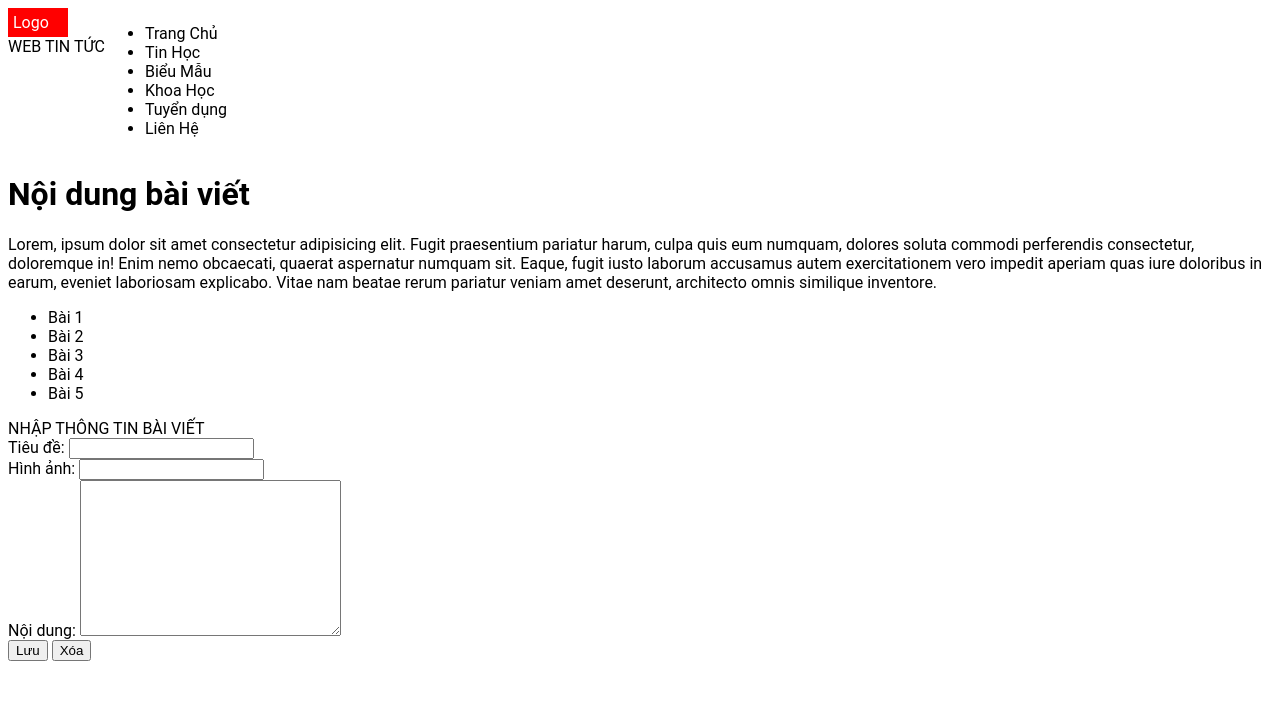
Repository: AnhDuc0125/HTML-Aptech
Page: bt2217/index.html
The author's editor kept a copy of each file at every save. The page is drawn from the files as they stood at one save, then again after the next save.
The browser window is 1280 px wide. The pictures show the whole page.

Above is the page before, as saved 2021-12-25 12:38:44.

### bt2217/index.html
<!DOCTYPE html>
<html lang="en">
<head>
    <meta charset="UTF-8">
    <meta http-equiv="X-UA-Compatible" content="IE=edge">
    <meta name="viewport" content="width=device-width, initial-scale=1.0">
    <link rel="stylesheet" href="style.css">
    <title>Web quản lý tin tức</title>
</head>
<body>
    <header>
        <div class="header-top">
            <div class="header-top_left">Logo</div>
            <div class="header-top_right">WEB TIN TỨC</div>
        </div>
        <nav>
            <ul>
                <li>Trang Chủ</li>
                <li>Tin Học</li>
                <li>Biểu Mẫu</li>
                <li>Khoa Học</li>
                <li>Tuyển dụng</li>
                <li>Liên Hệ</li>
            </ul>
        </nav>
    </header>
    <main>
        <div class="main_left">
            <h1>Nội dung bài viết</h1>
            <p>Lorem, ipsum dolor sit amet consectetur adipisicing elit. Fugit praesentium pariatur harum, culpa quis eum numquam, dolores soluta commodi perferendis consectetur, doloremque in! Enim nemo obcaecati, quaerat aspernatur numquam sit.
            Eaque, fugit iusto laborum accusamus autem exercitationem vero impedit aperiam quas iure doloribus in earum, eveniet laboriosam explicabo. Vitae nam beatae rerum pariatur veniam amet deserunt, architecto omnis similique inventore.</p>
        </div>
        <div class="main_right">
            <div class="main_right-inner">
                <ul>
                    <li>Bài 1</li>
                    <li>Bài 2</li>
                    <li>Bài 3</li>
                    <li>Bài 4</li>
                    <li>Bài 5</li>
                </ul>
            </div>
        </div>
    </main>
    <footer>
        NHẬP THÔNG TIN BÀI VIẾT
        <form>
            <div class="form-inner">
                <label for="">Tiêu đề: </label>
                <input type="text">
            </div>
            <div class="form-inner">
                <label for="">Hình ảnh: </label>
                <input type="text">
            </div>
            <div class="form-inner">
                <label for="">Nội dung: </label>
                <textarea name="" id="" cols="30" rows="10"></textarea>
            </div>
            <div class="form-inner">
                <button type="submit">Lưu</button>
                <button type="reset">Xóa</button>
            </div>
        </form>
    </footer>
</body>
</html>

### bt2217/style.css
body {
    font-family: roboto;
}

header {
    display: flex;
}

.header-top_left {
    color: white;
    background-color: red;
    width: 50px;
    padding: 5px;
}

.header-top_right {
    margin: 0 auto;
}

After the next save:
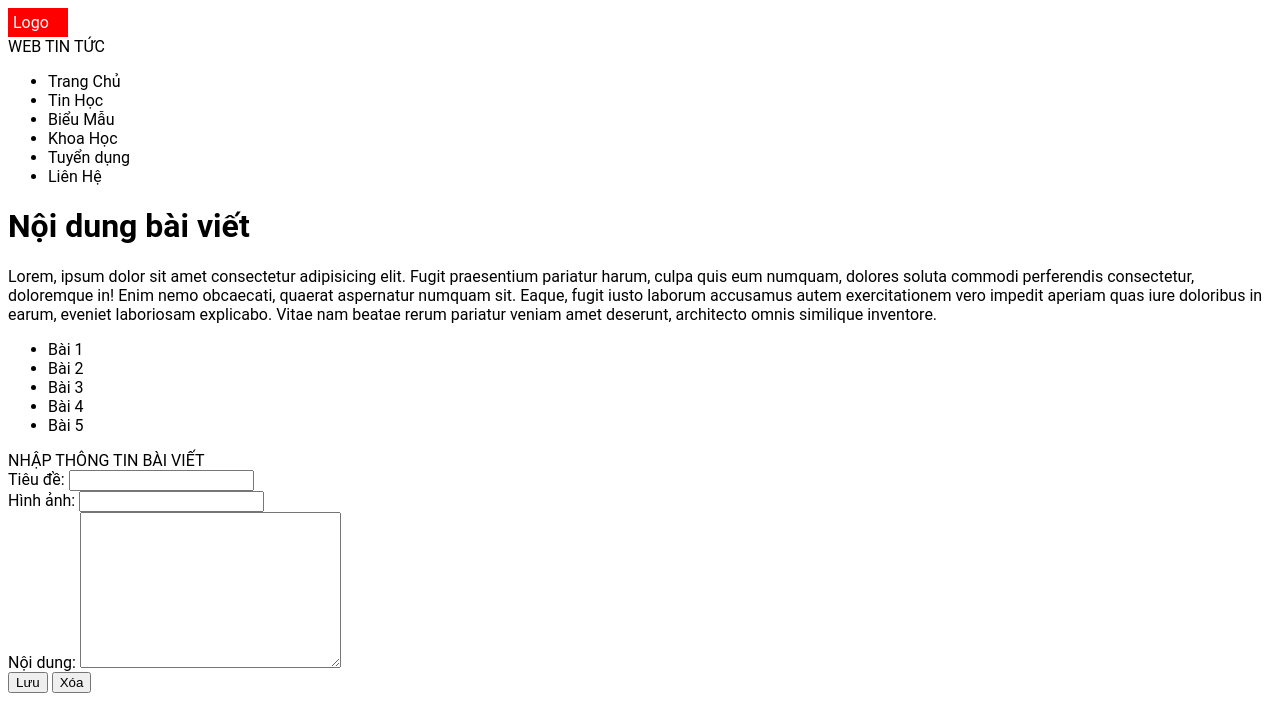
Saved 12 s later.
--- a/bt2217/style.css
+++ b/bt2217/style.css
@@ -1,14 +1,11 @@
 body {
     font-family: roboto;
-}
-
-header {
-    display: flex;
 }
 
 .header-top_left {
     color: white;
     background-color: red;
+    display: inline-block;
     width: 50px;
     padding: 5px;
 }
